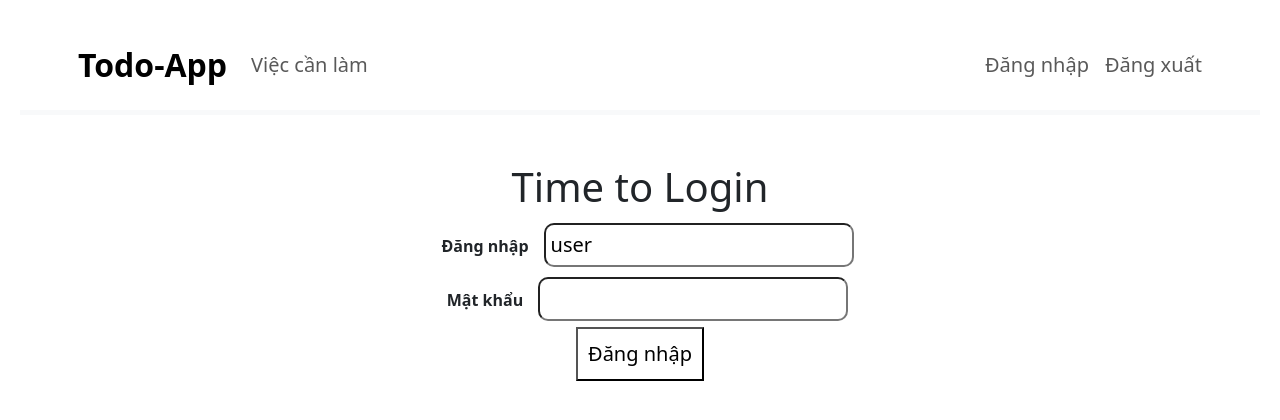
Repository: Nqvinh7603/ToDo-Management-App
Page: /login
These files come from the project's save history. The page is drawn as it stood at one moment and after the next save; the edit follows.
The browser window is 1280 px wide. The pictures show the whole page.
The project was rebuilt for these pictures with package versions that can differ from the ones it lists, and the page was loaded fresh each time. Also part of the build but not shown: vite.config.js, src/todo/component/LogoutComponent.jsx, src/todo/component/FooterComponent.jsx, src/todo/component/ListTodosComponent.jsx, src/todo/component/ErrorComponent.jsx, src/todo/component/WelcomeComponent.jsx.

Above is the page before, as saved 2024-01-13 12:47:27.

### src/App.jsx
import React from 'react';
import "./App.css";
import "./index.css"
import TodoApp from './todo/TodoApp';
import 'bootstrap/dist/css/bootstrap.min.css'
const App = () => {
  return (
    <div className='App'>
      <TodoApp></TodoApp>
    </div>
  );
};

export default App;

### src/index.css

body {
  padding: 20px;
  margin: 20px;
  font-family: -apple-system, BlinkMacSystemFont, 'Segoe UI', 'Roboto', 'Oxygen',
    'Ubuntu', 'Cantarell', 'Fira Sans', 'Droid Sans', 'Helvetica Neue',
    sans-serif;
  -webkit-font-smoothing: antialiased;
  -moz-osx-font-smoothing: grayscale;
}

code {
  font-family: source-code-pro, Menlo, Monaco, Consolas, 'Courier New',
    monospace;
}

### src/App.css

.App {
  text-align: center;
  font-size: 20px;
}

### src/todo/TodoApp.jsx
import React, { useState } from "react";
import "./TodoApp.css";
import { BrowserRouter, Route, Routes } from "react-router-dom";
import LogoutComponent from "./component/LogoutComponent";
import FooterComponent from "./component/FooterComponent";
import ListTodosComponent from "./component/ListTodosComponent";
import HeaderComponent from "./component/HeaderComponent";
import ErrorComponent from "./component/ErrorComponent";
import WelcomeComponent from "./component/WelcomeComponent";
import LoginComponent from "./component/LoginComponent";
import AuthProvider from "./security/AuthContext";
//import AuthProvider, { useAuth } from './security/AuthContext'
const TodoApp = () => {
  return (
    <div className="TodoApp">
    <AuthProvider>
      <BrowserRouter>
        <HeaderComponent />
        <Routes>
          <Route path="/" element={<LoginComponent />} />
          <Route path="/login" element={<LoginComponent />} />
          <Route path="/welcome/:username" element={<WelcomeComponent />} />
          <Route path="/todos" element={<ListTodosComponent />} />
          <Route path="/logout" element={<LogoutComponent />} />
          <Route path="*" element={<ErrorComponent />} />
        </Routes>

      </BrowserRouter>
      </AuthProvider>
    </div>
  );
};

export default TodoApp;

### src/todo/TodoApp.css

label, input, button{
    margin: 10px;
    padding: 5px;
}
label{
    font-size: 1rem;
    font-weight: bold;
}
input{
    border-radius: 10px;
}
button{
    margin-top: 100px;
    background-color: #fff;
    color: #000;
    padding: 10px;
    border-radius: 5px;

}
/* .LoginForm{
    display: flex;
  flex-direction: column;
  justify-content: space-between;
  align-items: center;
  width: 300px;
  height: 250px;
}
label {
    font-size: 1rem;
    font-weight: bold;
  }

  input {
    width: 100%;
    padding: 10px;
    border-radius: 5px;
  }

  button {
    margin-top: 100px;
    background-color: #fff;
    color: #000;
    padding: 10px;
    border-radius: 5px;
  } */
footer {
    bottom: 0;
    position: absolute;
    width: 90%;
    height: 40px;
}

### src/todo/component/HeaderComponent.jsx
import React, { useContext } from 'react';
import { Link } from 'react-router-dom';
import { useAuth } from '../security/AuthContext';

const HeaderComponent = () => {
    //const authContext = useContext(AuthContext);
    const authContext = useAuth();
    const isAuthenticated = authContext.isAuthenticated
    //console.log(authContext);
    //console.log(authContext.number);
    return (
        <header className="border-bottom border-light border-5 mb-5 p-2">
    <div className="container">
        <div className="row">
            <nav className="navbar navbar-expand-lg">
                <a className="navbar-brand ms-2 fs-2 fw-bold text-black" href="https://github.com/Nqvinh7603">Todo-App</a>
                <div className="collapse navbar-collapse">
                    <ul className="navbar-nav">
                        <li className="nav-item fs-5">
                        {isAuthenticated && <Link className="nav-link" to="/welcome/user">Trang chủ</Link> }
                        </li>
                        <li className="nav-item fs-5">
                        {isAuthenticated && <Link className="nav-link" to="/welcome/user">Trang chủ</Link> }

                        <Link className="nav-link" to="/todos">Việc cần làm</Link></li>
                    </ul>
                </div>
                <ul className="navbar-nav">
                    <li className="nav-item fs-5"><Link className="nav-link" to="/login">Đăng nhập</Link></li>
                    <li className="nav-item fs-5"><Link className="nav-link" to="/logout">Đăng xuất</Link></li>
                </ul>
            </nav>
        </div>
    </div>
</header>
    );
};

export default HeaderComponent;

### src/todo/component/LoginComponent.jsx
import React, { useState } from 'react';
import { useNavigate } from 'react-router-dom';
import { useAuth } from '../security/AuthContext';

const LoginComponent = () => {
    const [username, setUsername] = useState("user");
  const [password, setPassword] = useState("");
  const [showSuccessMessage, setShowSuccessMessage] = useState(false);
  const [showErrorMessage, setShowErrorMessage] = useState(false);
  const navigate = useNavigate();
  const authContext = useAuth();
  function handleUsernameChange(event) {
    setUsername(event.target.value);
  }
  function handlePasswordChange(event) {
    setPassword(event.target.value);
  }
  function handleSubmit() {
    if (username === "user" && password === "123") {
      authContext.setAuthenticated(true);
      console.log("Thanh cong");
      setShowSuccessMessage(true);
      setShowErrorMessage(false);
      navigate(`/welcome/${username}`);

    } else {
      authContext.setAuthenticated(false);
      console.log("That bai");
      setShowSuccessMessage(false);
      setShowErrorMessage(true);
    }
  }
  function SuccessMessageComponent() {
    if (showSuccessMessage) {
      return <div className="successMessage">Đăng nhập thành công</div>;
    }
    return null;
  }
  function ErrorMessageComponent() {
    if (showErrorMessage) {
      return;
    }
    return null;
  }
  return (
    <div className="Login">
      <h1>Time to Login</h1>
      {showSuccessMessage && (
        <div className="successMessage">Đăng nhập thành công</div>
      )}
      {showErrorMessage && (
        <div className="errorMessage">
          Đăng nhập thất bại Vui lòng kiểm tra lại mật khẩu hoặc tên đăng nhập
        </div>
      )}
      <div className="LoginForm">
        <div>
          <label>Đăng nhập</label>
          <input
            type="text"
            name="username"
            value={username}
            onChange={handleUsernameChange}
          />
        </div>
        <div>
          <label>Mật khẩu</label>
          <input
            type="password"
            name="password"
            value={password}
            onChange={handlePasswordChange}
          />
        </div>
        <div>
          <button type="button" name="login" onClick={handleSubmit}>
            Đăng nhập
          </button>
        </div>
      </div>
    </div>
  );
};

export default LoginComponent;

### src/todo/security/AuthContext.jsx
import React, { createContext, useContext, useState } from "react";

export const AuthContext = createContext();
export const useAuth = () => useContext(AuthContext);
export default function AuthProvider({ children }) {
  const [number, setNumber] = useState(10);
  const [isAuthenticated, setAuthenticated] = useState(false);
  //const valueToBeShared = { number, isAuthenticated, setAuthenticated }
  //setInterval(() => setNumber(number + 1), 10000);
  return (
    <AuthContext.Provider value={ {number, isAuthenticated, setAuthenticated}}>
      {children}
    </AuthContext.Provider>
  );
}

Loaded but not shown: index.html (common file); src/main.jsx (common file)

After the next save:
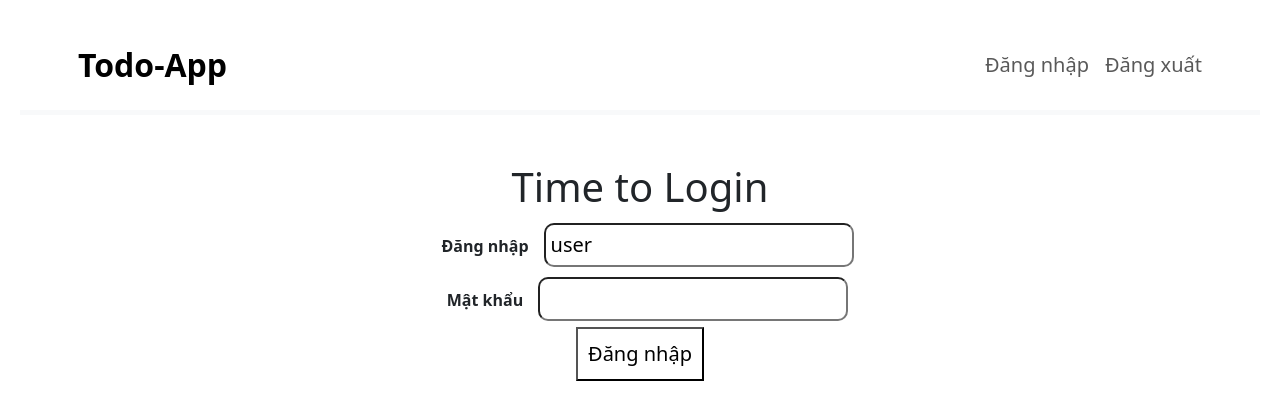
Saved 12 s later.
--- a/src/todo/component/HeaderComponent.jsx
+++ b/src/todo/component/HeaderComponent.jsx
@@ -1,39 +1,59 @@
-import React, { useContext } from 'react';
-import { Link } from 'react-router-dom';
-import { useAuth } from '../security/AuthContext';
+import React, { useContext } from "react";
+import { Link } from "react-router-dom";
+import { useAuth } from "../security/AuthContext";
 
 const HeaderComponent = () => {
-    //const authContext = useContext(AuthContext);
-    const authContext = useAuth();
-    const isAuthenticated = authContext.isAuthenticated
-    //console.log(authContext);
-    //console.log(authContext.number);
-    return (
-        <header className="border-bottom border-light border-5 mb-5 p-2">
-    <div className="container">
+  //const authContext = useContext(AuthContext);
+  const authContext = useAuth();
+  const isAuthenticated = authContext.isAuthenticated;
+  //console.log(authContext);
+  //console.log(authContext.number);
+  return (
+    <header className="border-bottom border-light border-5 mb-5 p-2">
+      <div className="container">
         <div className="row">
-            <nav className="navbar navbar-expand-lg">
-                <a className="navbar-brand ms-2 fs-2 fw-bold text-black" href="https://github.com/Nqvinh7603">Todo-App</a>
-                <div className="collapse navbar-collapse">
-                    <ul className="navbar-nav">
-                        <li className="nav-item fs-5">
-                        {isAuthenticated && <Link className="nav-link" to="/welcome/user">Trang chủ</Link> }
-                        </li>
-                        <li className="nav-item fs-5">
-                        {isAuthenticated && <Link className="nav-link" to="/welcome/user">Trang chủ</Link> }
-
-                        <Link className="nav-link" to="/todos">Việc cần làm</Link></li>
-                    </ul>
-                </div>
-                <ul className="navbar-nav">
-                    <li className="nav-item fs-5"><Link className="nav-link" to="/login">Đăng nhập</Link></li>
-                    <li className="nav-item fs-5"><Link className="nav-link" to="/logout">Đăng xuất</Link></li>
-                </ul>
-            </nav>
+          <nav className="navbar navbar-expand-lg">
+            <a
+              className="navbar-brand ms-2 fs-2 fw-bold text-black"
+              href="https://github.com/Nqvinh7603"
+            >
+              Todo-App
+            </a>
+            <div className="collapse navbar-collapse">
+              <ul className="navbar-nav">
+                <li className="nav-item fs-5">
+                  {isAuthenticated && (
+                    <Link className="nav-link" to="/welcome/user">
+                      Trang chủ
+                    </Link>
+                  )}
+                </li>
+                <li className="nav-item fs-5">
+                  {isAuthenticated && (
+                    <Link className="nav-link" to="/welcome/user">
+                      Trang chủ
+                    </Link>
+                  )}
+                </li>
+              </ul>
+            </div>
+            <ul className="navbar-nav">
+              <li className="nav-item fs-5">
+                <Link className="nav-link" to="/login">
+                  Đăng nhập
+                </Link>
+              </li>
+              <li className="nav-item fs-5">
+                <Link className="nav-link" to="/logout">
+                  Đăng xuất
+                </Link>
+              </li>
+            </ul>
+          </nav>
         </div>
-    </div>
-</header>
-    );
+      </div>
+    </header>
+  );
 };
 
 export default HeaderComponent;
